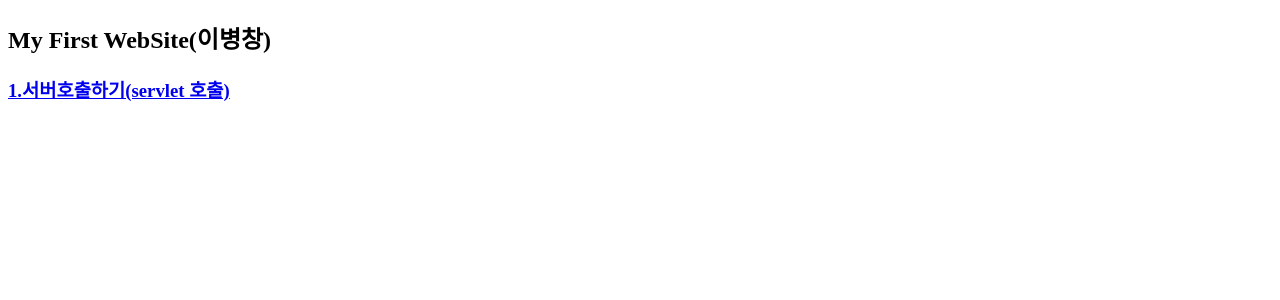
Repository: BC215/web-workspace
Page: 02_noDBProject/src/main/webapp/index.html
An editor plug-in stored every save of this project. The page is shown before and after the next save, followed by the edit.
The browser window is 1280 px wide. The pictures show the whole page.

Above is the page before, as saved 2026-02-12 03:07:18.

### 02_noDBProject/src/main/webapp/index.html
<!DOCTYPE html>
<html>
<head>
<meta charset="UTF-8">
<title>Insert title here</title>
</head>
<body>
<h2>My First WebSite(이병창)</h2>
<h3><a href="/request">1.서버호출하기(servlet 호출)</a></h3>

</body>
</html>

After the next save:
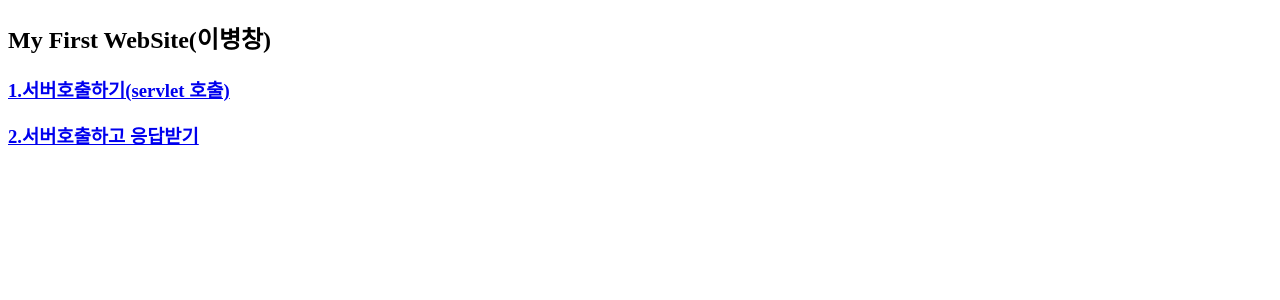
Saved 5 min 18 s later.
--- a/02_noDBProject/src/main/webapp/index.html
+++ b/02_noDBProject/src/main/webapp/index.html
@@ -7,6 +7,7 @@
 <body>
 <h2>My First WebSite(이병창)</h2>
 <h3><a href="/request">1.서버호출하기(servlet 호출)</a></h3>
+<h3><a href="/request2">2.서버호출하고 응답받기</a></h3>
 
 </body>
 </html>
